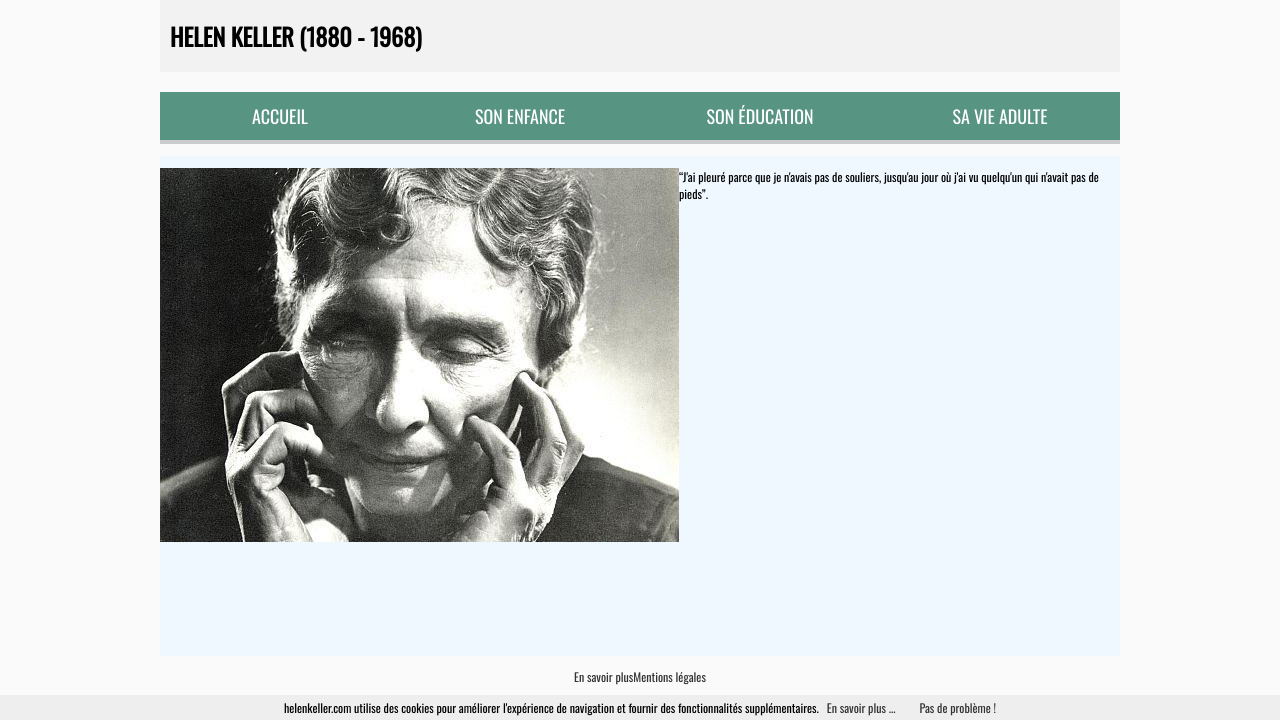
Repository: Luc010/Exercices
Page: HTML CSS/biographie_helen_keller/index.html
An editor plug-in stored every save of this project. The page is shown before and after a run of saves, followed by the edit.
The browser window is 1280 px wide. The pictures show the whole page.

Above is the page before, as saved 2019-09-06 11:15:22.

After the next 2 saves:
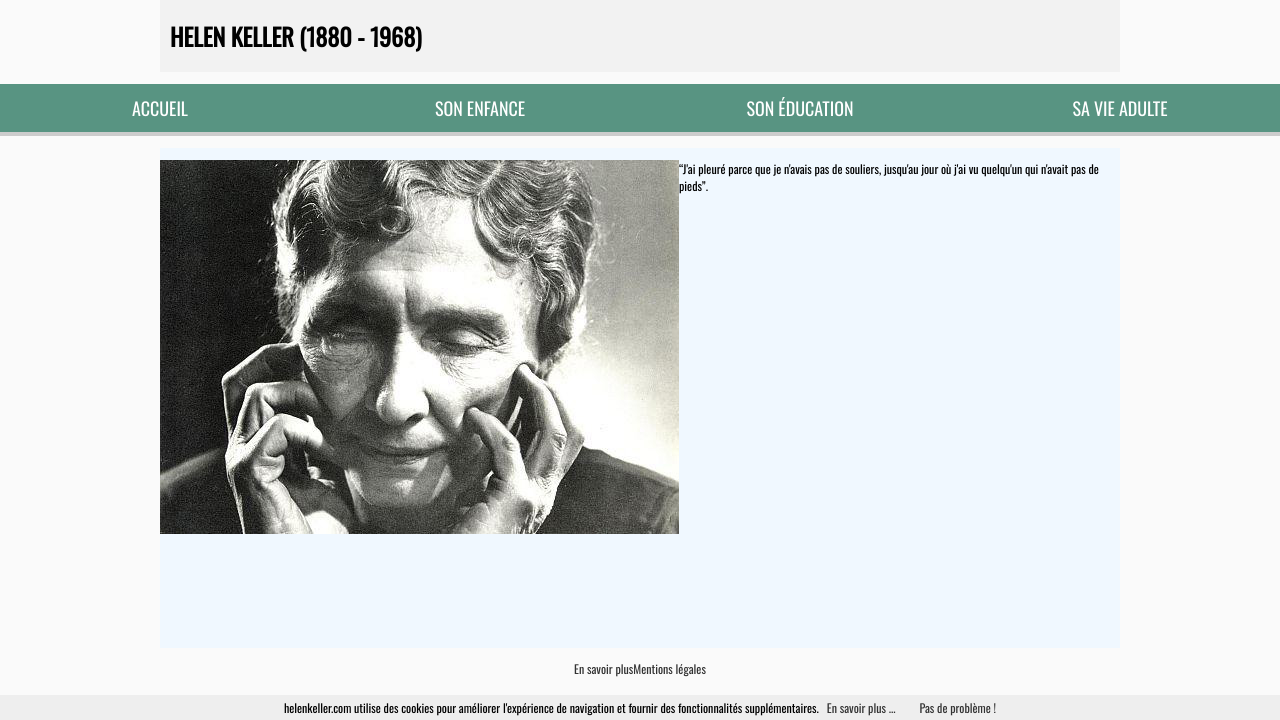
The 2 saves are shown as one change because they came seconds apart.
The last was saved 6 s later.
--- a/HTML CSS/biographie_helen_keller/style.css
+++ b/HTML CSS/biographie_helen_keller/style.css
@@ -30,7 +30,7 @@ ul, li {
 ul{
     display: flex;
 }
-
+footer > div >
 nav {
     width: 960px;
     margin: 20px auto 0 auto;

After the 4 saves that followed:
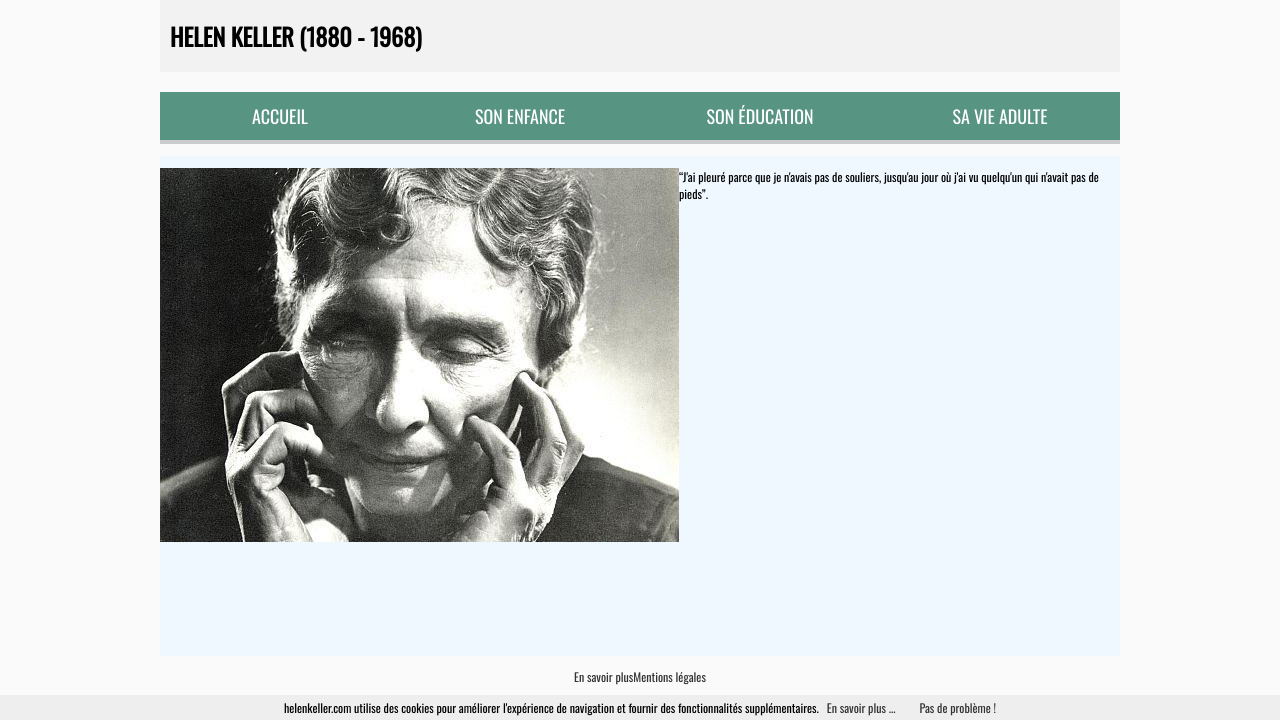
The 4 saves are shown as one change because they came seconds apart.
The last was saved 16 s later.
--- a/HTML CSS/biographie_helen_keller/style.css
+++ b/HTML CSS/biographie_helen_keller/style.css
@@ -30,7 +30,9 @@ ul, li {
 ul{
     display: flex;
 }
-footer > div >
+footer > div > ul > li{
+
+}
 nav {
     width: 960px;
     margin: 20px auto 0 auto;
